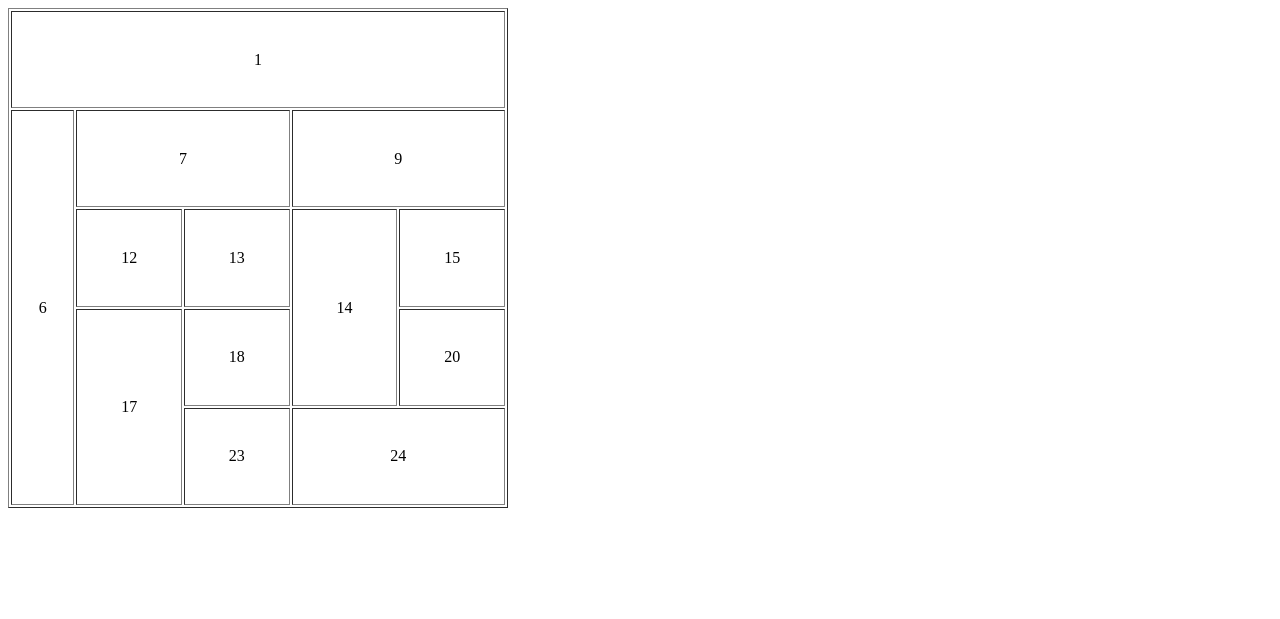
Repository: sungken/htmlProject
Page: ClientTest/src/main/webapp/html/test/table.html
An editor plug-in stored every save of this project. The page is shown before and after the next save, followed by the edit.
The browser window is 1280 px wide. The pictures show the whole page.

Above is the page before, as saved 2024-03-13 08:22:27.

### ClientTest/src/main/webapp/html/test/table.html
<!DOCTYPE html>
<html>
<head>
<meta charset="UTF-8">
<title>Insert title here</title>
</head>
<body>
<table border="1" width="500" height="500">
	<tr align="center">
		<td colspan="5">1</td>

	</tr>
	<tr align="center">
		<td rowspan="5">6</td>
		<td colspan="2">7</td>
		<td colspan="2">9</td>
	</tr>
	<tr align="center">
		<td>12</td>
		<td>13</td>
		<td rowspan="2">14</td>
		<td>15</td>
	</tr>
	<tr align="center">

		<td rowspan="2">17</td>
		<td>18</td>

		<td>20</td>
	</tr>
	<tr align="center">


		<td>23</td>
		<td colspan="2">24</td>

	</tr>
</table>


</body>
</html>

After the next save:
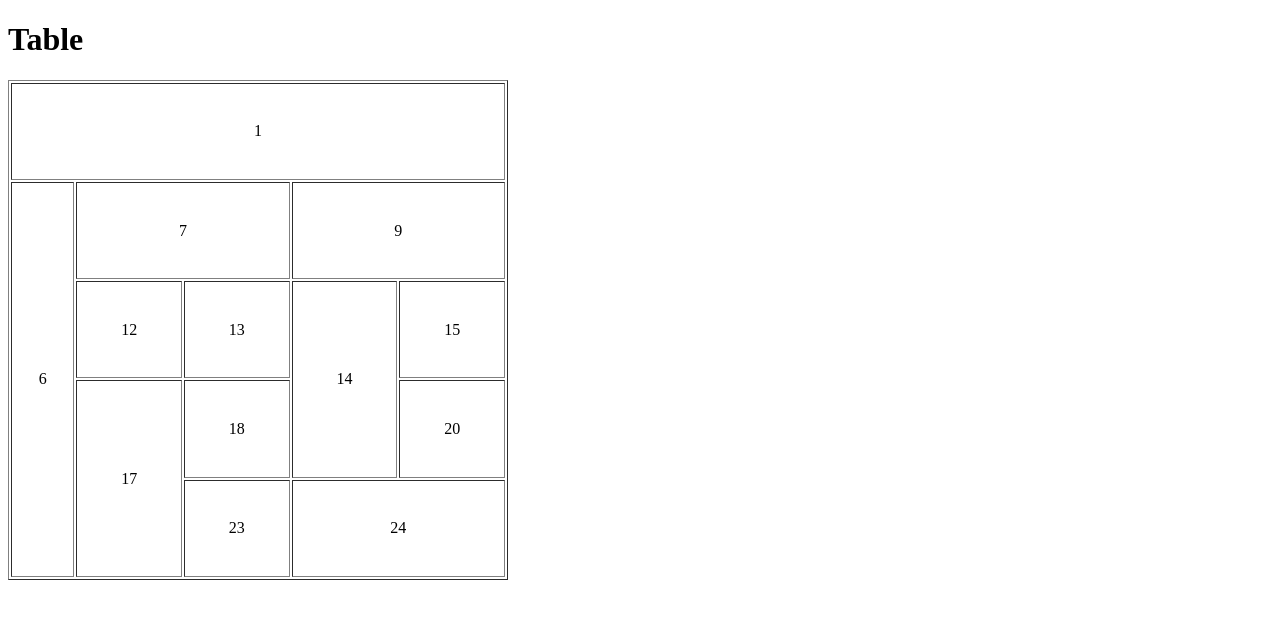
Saved 20 s later.
--- a/ClientTest/src/main/webapp/html/test/table.html
+++ b/ClientTest/src/main/webapp/html/test/table.html
@@ -5,6 +5,7 @@
 <title>Insert title here</title>
 </head>
 <body>
+<h1>Table</h1>
 <table border="1" width="500" height="500">
 	<tr align="center">
 		<td colspan="5">1</td>
